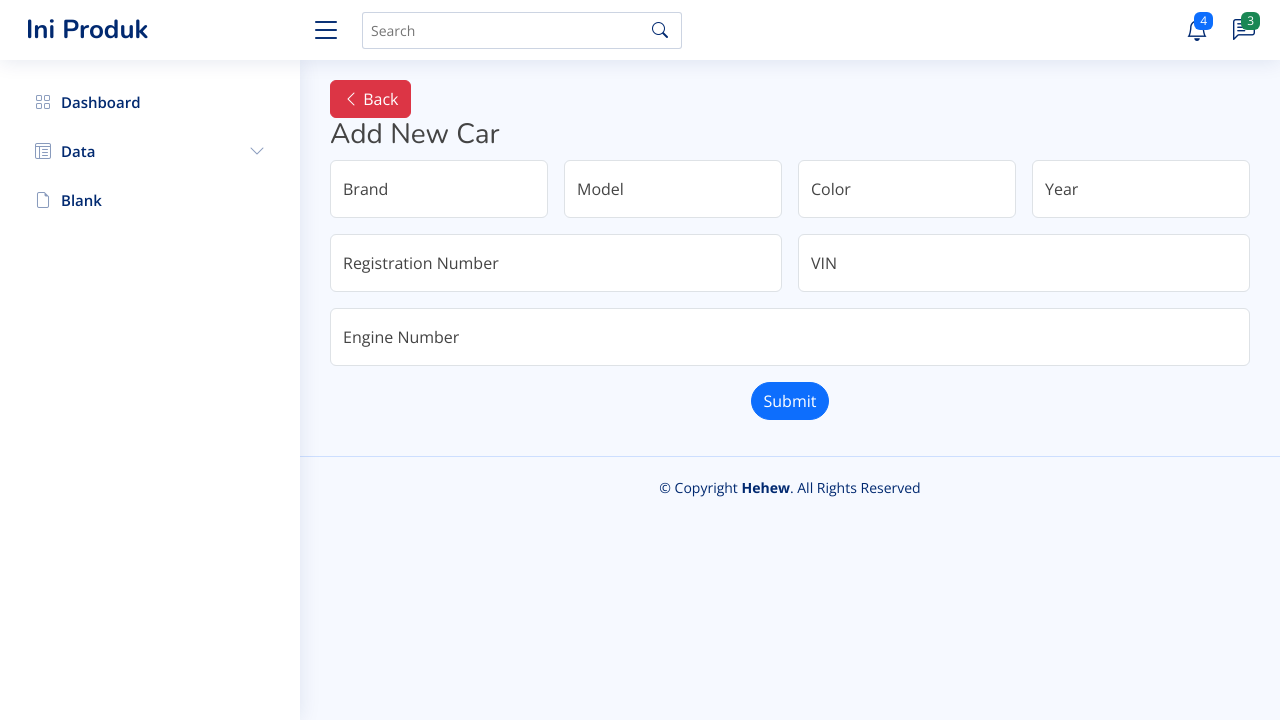
Repository: Jistoper/car_rental
Page: http://localhost/create
An editor plug-in stored every save of this project. The page is shown before and after the next save, followed by the edit.
The browser window is 1280 px wide. The pictures show the whole page.
The page is served by the project's Laravel application, run on PHP 8.4 with Laravel 9.

Above is the page before, as saved 2023-06-25 15:08:16.

After the next save:
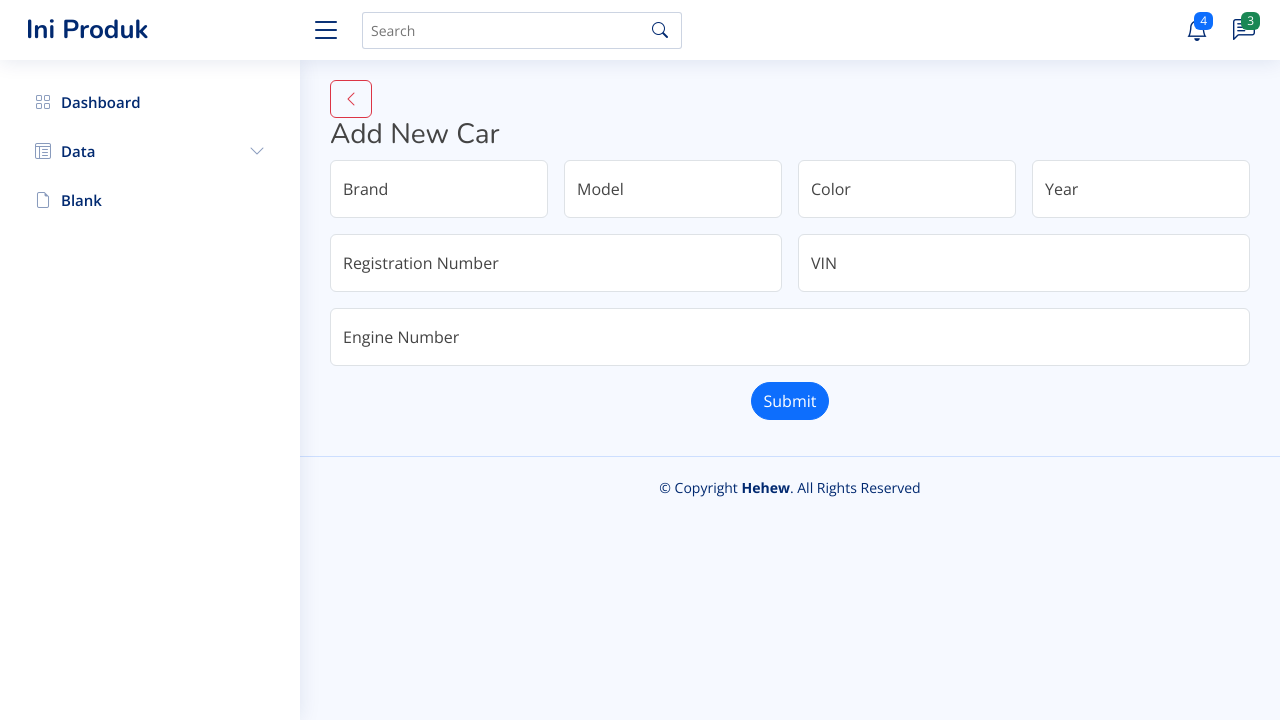
Saved 57 s later.
--- a/resources/views/backsite/content/car/createcar.blade.php
+++ b/resources/views/backsite/content/car/createcar.blade.php
@@ -5,7 +5,7 @@
 <div>
     <div class="md-3">
         <div class="col-md-6">
-          <a href="{{ route('car.getall') }}" class="btn btn-danger bi-chevron-left"> Back</a>
+          <a href="{{ route('car.getall') }}" class="btn btn-outline-danger bi-chevron-left"></a>
         </div>
         <div class="col-md-6">
           <h3 class="form-floating">
